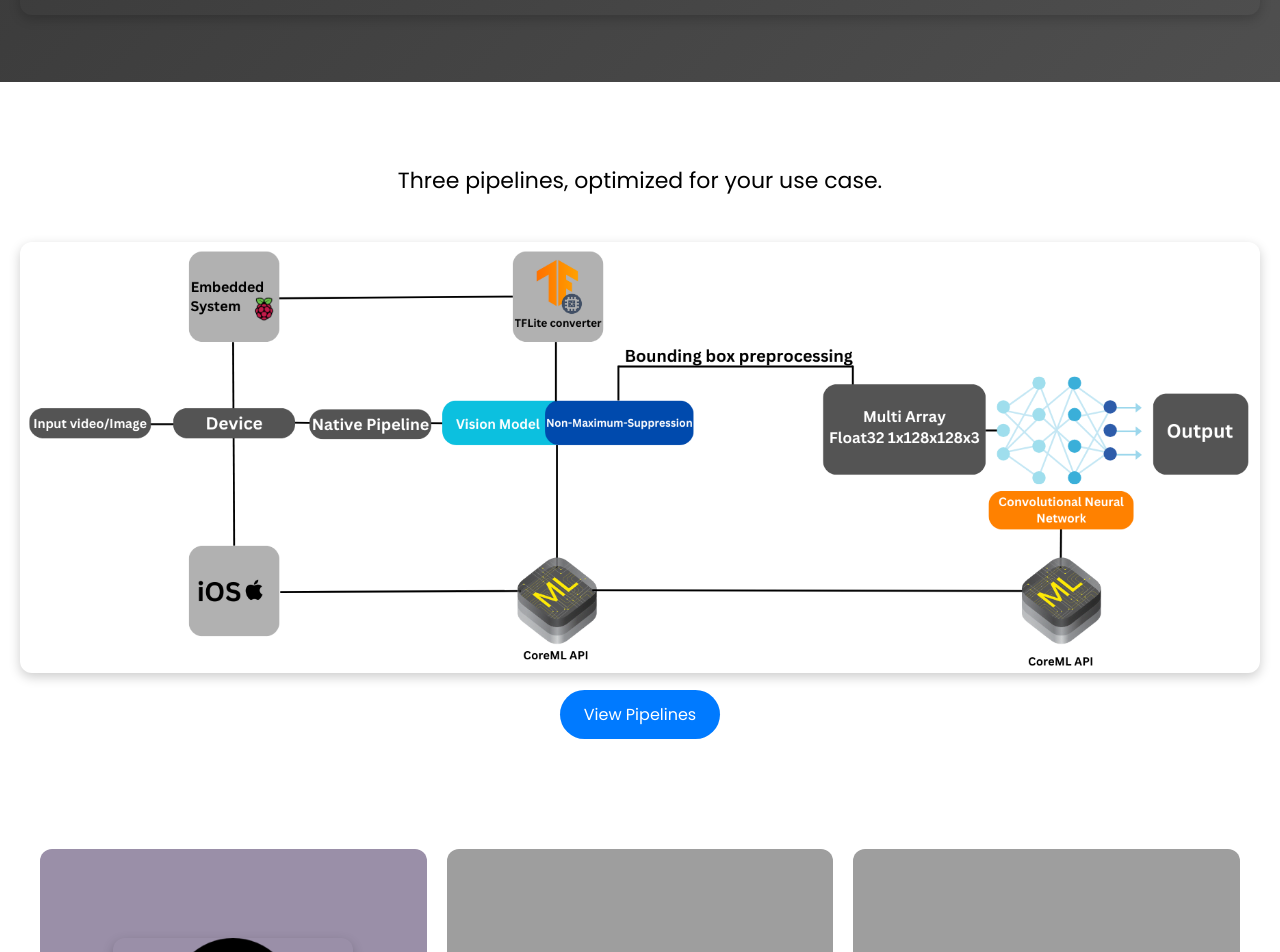
Repository: jss1118/The-Deeproot-Project
Page: Website/index.html
An editor plug-in stored every save of this project. The page is shown before and after the next save, followed by the edit.
The browser window is 1280 px wide. The pictures show the part of the page from y = 1100 to 2052 px (the page is 3212 px tall).
Pictures or frames that could not be fetched are drawn as grey boxes.

Above is the page before, as saved 2025-03-21 12:21:12.

After the next save:
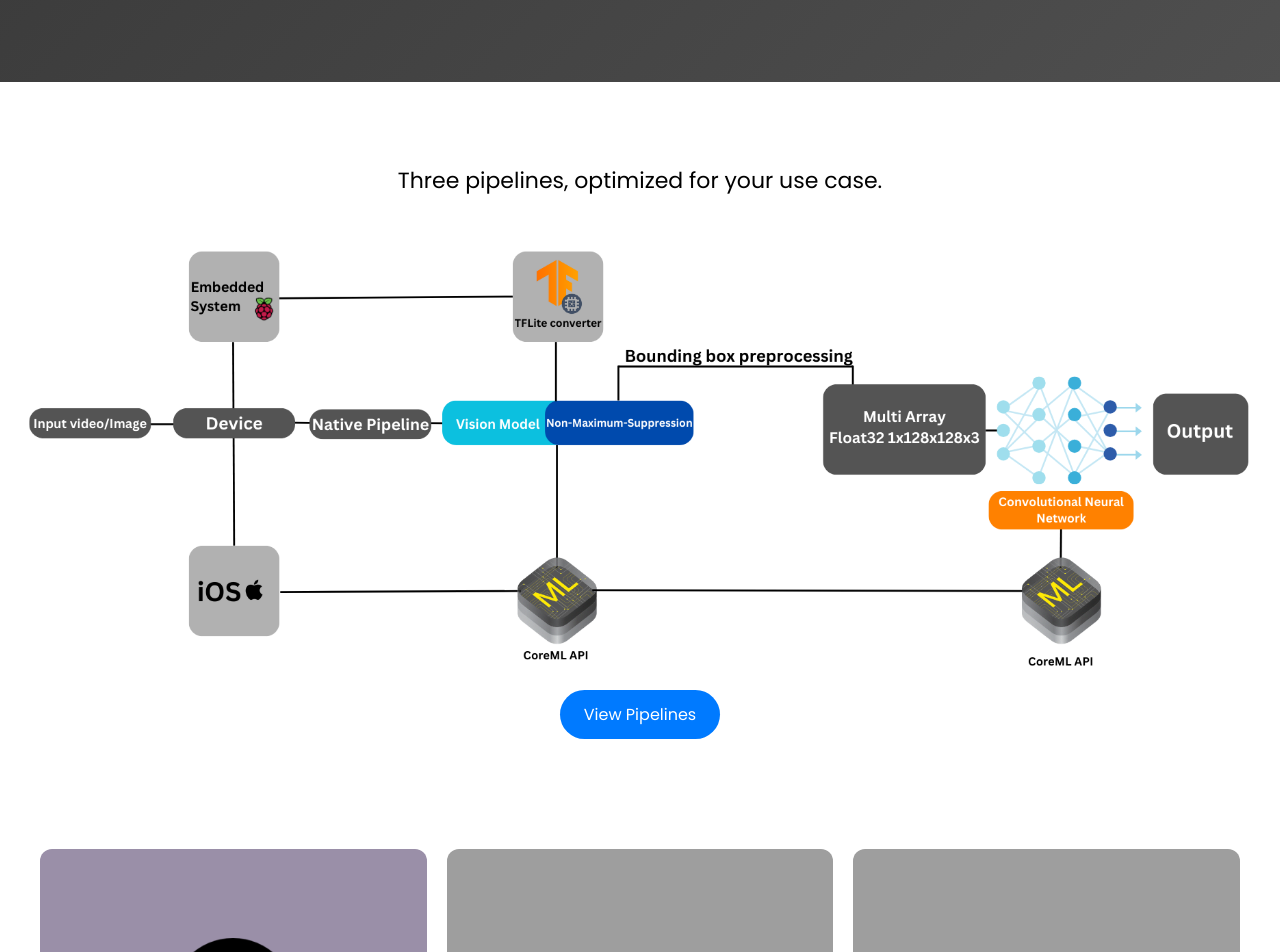
Saved 84 s later.
--- a/Website/index.html
+++ b/Website/index.html
@@ -55,8 +55,7 @@
     .mainpage2 img, .mainpage3 img, .promo1 img {
       max-width: 100%;
       height: auto;
-      border-radius: 12px;
-      box-shadow: 0 4px 12px rgba(0,0,0,0.2);
+
     }
 
     .mp2-title1 {
